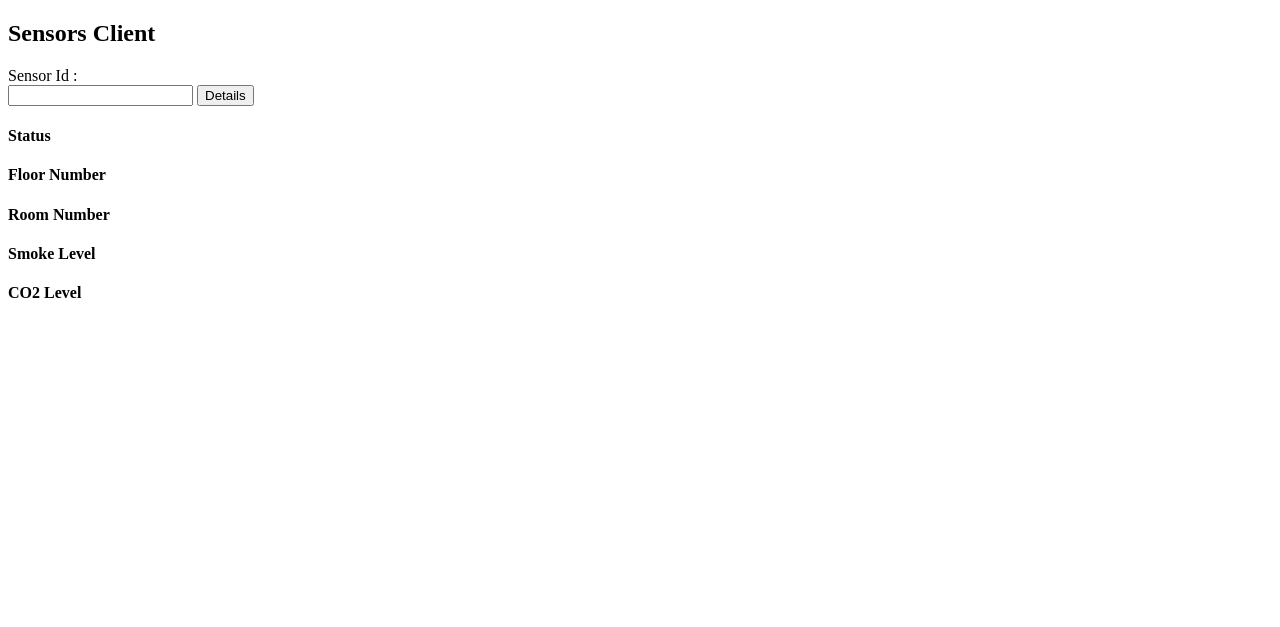
Repository: code-eshan/clientDSSensor
Page: sensor_service/WebContent/index.html
The author's editor kept a copy of each file at every save. The page is drawn from the files as they stood at one save, then again after the next save.
The browser window is 1280 px wide. The pictures show the whole page.
Some web libraries are served in a nearby version.

Above is the page before, as saved 2020-04-15 14:03:13.

### sensor_service/WebContent/index.html
<!DOCTYPE html>
<html>
    <head>
        <title>Sensor Client</title>
        <script src="https://ajax.googleapis.com/ajax/libs/jquery/1.10.2/jquery.min.js"></script>
        <script src="sensor.js"></script>
    </head>

    <h2>Sensors Client</h2>
 	Sensor Id : <br/>
	<input type="text" id="id" />
	<button onclick="getDetails()">Details </button>
	<div>
	</div>
	<p />
        <h4>Status</h4><div id="sensorStatus"></div>
    <p />
        <h4>Floor Number</h4><div id="floorNum"></div>
	<p />
        <h4>Room Number</h4><div id="roomNum"></div>
    <p />
        <h4>Smoke Level</h4><div id="smokeLevel"></div>
	<p />
        <h4>CO2 Level</h4><div id="cLevel"></div>

</html>

### sensor_service/WebContent/sensor.js
/**
 *
 *//**
 *
 */

function getDetails(){
	jQuery.ajax({
        url: "http://localhost:8080/sensor_service/rest/sensors/" + $("#id").val(),
        type: "GET",
        contentType: "application/json",
        dataType:'json',
        success: function(data, textStatus, errorThrown) {
            //here is your json.
              // process it
        	  $("#sensorStatus").text(data.sensorStatus);
        	  $("#floorNum").text(data.floorNum);
        	  $("#roomNum").text(data.roomNum);
        	  $("#smokeLevel").text(data.smokeLevel);
        	  $("#cLevel").text(data.cLevel);

        },
        error : function(jqXHR, textStatus, errorThrown) {
        		$("#sensorStatus").text("");
        		$("#floorNum").text("");
        		$("#roomNum").text("");
        		$("#smokeLevel").text("");
        		$("#cLevel").text("");
        },
        timeout: 120000,
    });
};

////POSTDETAILS USING AJAX
//function postDetails() {
//
//	//Getting the bookDetails
//	const bookData = {
//			"id": $("#getId").val(),
//			"price": $("#getPrice").val(),
//			"title": $("#getTitle").val()
//		};
//
//
//	$.ajax({
//		url: "http://localhost:8080/book_service/rest/books/",
//		type: "POST",
//		data: JSON.stringify(bookData),
//		contentType: "application/json",
//		dataType: "json",
//        success: function(data, textStatus, errorThrown) {
//        	  $("#response").text("Book Added Successfully");
//
//        },
//        error : function(jqXHR, textStatus, errorThrown) {
//        		alert(errorThrown).text("Error");
//        },
//        timeout: 120000,
//
//	});
//};
//
////Delete a particular book
//function deleteBook() {
//
//	$.ajax({
//		url: "http://localhost:8080/book_service/rest/books/" + $("#deleteId").val(),
//		type: "DELETE",
//		contentType: "application/json",
//		dataType: "json",
//		success: function(data, textStatus, errorThrown) {
//			$("#deleteResponse").text("Book Deleted Successfully");
//		},
//
//		error: function(jqXHR, textStatus, errorThrown) {
//			alert("The particular book id not found");
//		}
//	});
//}

After the next save:
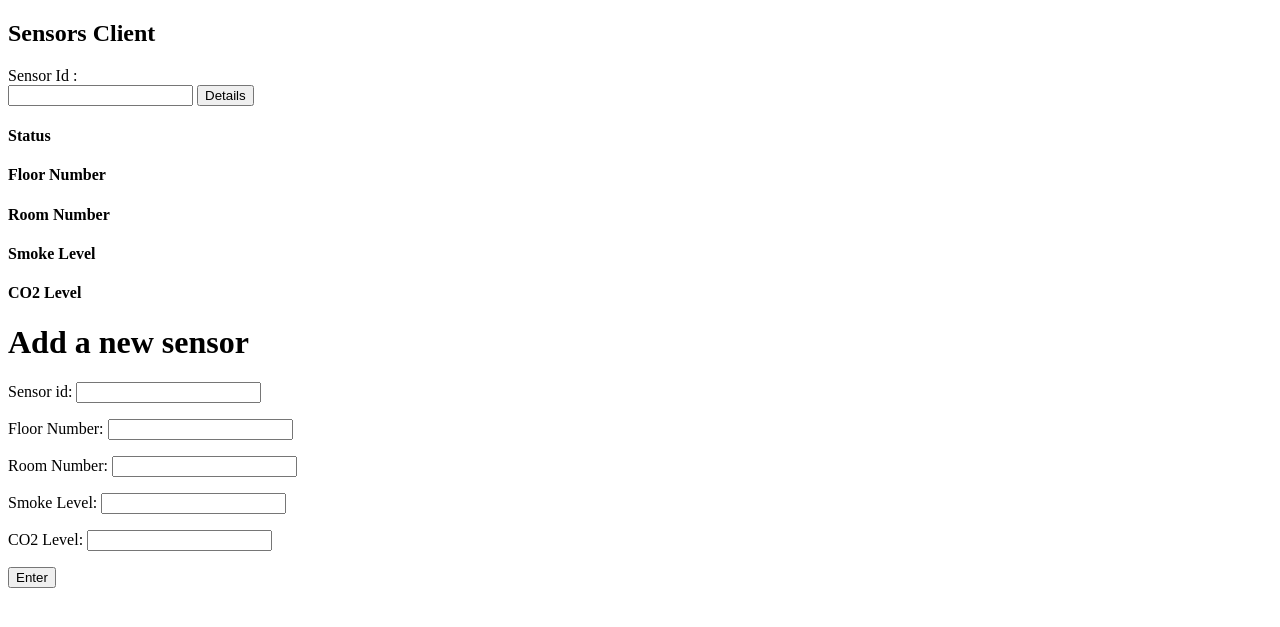
Saved 6 min 31 s later.
--- a/sensor_service/WebContent/index.html
+++ b/sensor_service/WebContent/index.html
@@ -23,4 +23,18 @@
 	<p />
         <h4>CO2 Level</h4><div id="cLevel"></div>
 
+
+     <!--ADD A SENSOR -->
+    <div id="addSensor">
+    	<h1>Add a new sensor</h1>
+    	<p>Sensor id: <input type="number" id="getId"></p>
+        <p>Floor Number: <input type="number" id="getFloorNum"></p>
+        <p>Room Number: <input type="number" id="getRoomNum"></p>
+        <p>Smoke Level: <input type="number" id="getSmokeLevel"></p>
+        <p>CO2 Level: <input type="number" id="getCLevel"></p>
+        <button onclick="postDetails()">Enter </button>
+
+        <div id="response"></div>
+    </div>
+
 </html>
